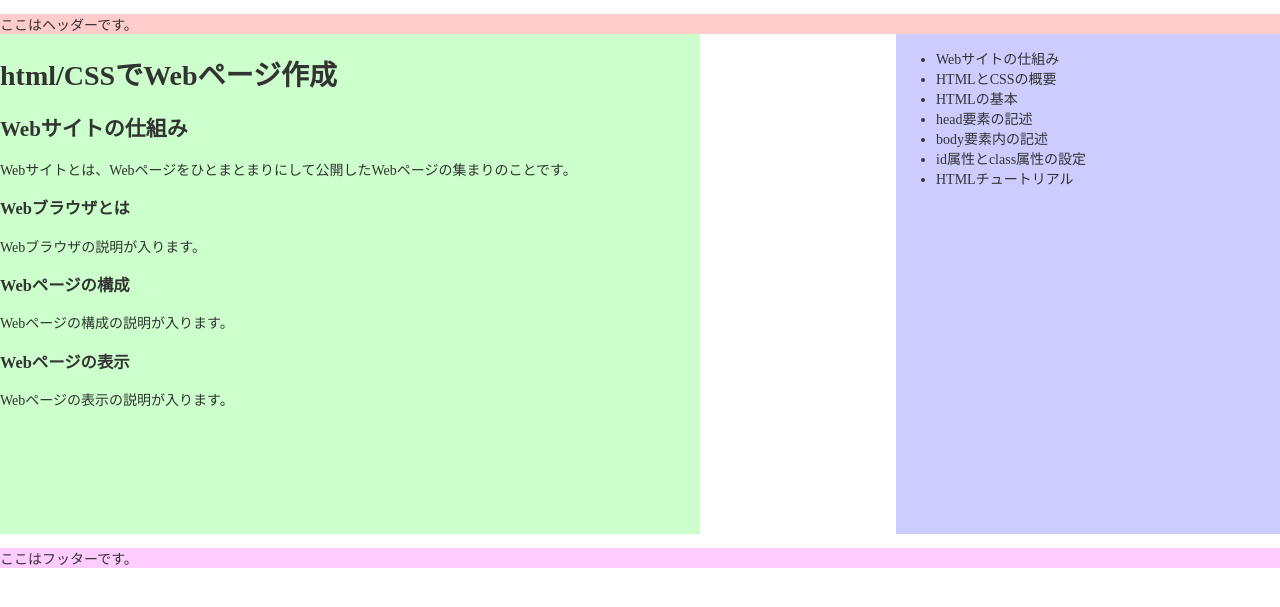
Repository: ichiro-fujii/kadai-commit
Page: lesson-htmlcss/kadai-html.html
The author's editor kept a record of every edit. The page is drawn from the files as they stood at one moment, then again after the next edit.
The browser window is 1280 px wide. The pictures show the whole page.

Above is the page before.

### lesson-htmlcss/kadai-html.html
<!DOCTYPE html>
<html lang="ja">
    <head>
        <meta charset="UTF-8">
        <title>HTML/CSSでＷｅｂページ作成</title>
        <link rel="stylesheet" href="kadai-css.css">
    </head>
    <body>
        <!--ここからヘッダー-->
        <header>
            <p>ここはヘッダーです。</p>
        </header>
        <!--wrapperはなぜ入れるのですか-->
        <div id="wrapper">
        <div id="main">
            <h1>html/CSSでWebページ作成</h1>
            <h2>Webサイトの仕組み</h2>
            <p>Webサイトとは、Webページをひとまとまりにして公開したWebページの集まりのことです。</p>
            <h3>Webブラウザとは</h3>
            <p>Webブラウザの説明が入ります。</p>
            <h3>Webページの構成</h3>
            <p>Webページの構成の説明が入ります。</p>
            <h3>Webページの表示</h3>
            <p>Webページの表示の説明が入ります。</p>
            </div>
            <nav id="menu">
                <ul>
                    <li>Webサイトの仕組み</li>
                    <li>HTMLとCSSの概要</li>
                    <li>HTMLの基本</li>
                    <li>head要素の記述</li>
                    <li>body要素内の記述</li>
                    <li>id属性とclass属性の設定</li>
                    <li>HTMLチュートリアル</li>
                </ul>
            </nav>
            </div>
            <footer>
            <p>ここはフッターです。</p>
        </footer>


    </body>
</html>

### lesson-htmlcss/kadai-css.css
@charset "UTF-8";
/*チャプター：全体の設定*/
body {

    margin: 0;
    padding: 0;
    color: #333;
    font-size: 14px;
}
header {
    height: 20px;
    background-color:#ffcccc;
    }
#wrapper {
    display: flex;
    justify-content:space-between;
}
#main {
    float: left;
    width: 700px;
    height: 500px;
    background-color: #ccffcc;
}
#menu {
    float: right;
    width: 30%;
    height: 500px;
    background-color: #ccccff;
}
footer {
    height: 20px;
    background-color: #ffccff;
}

After the next edit:
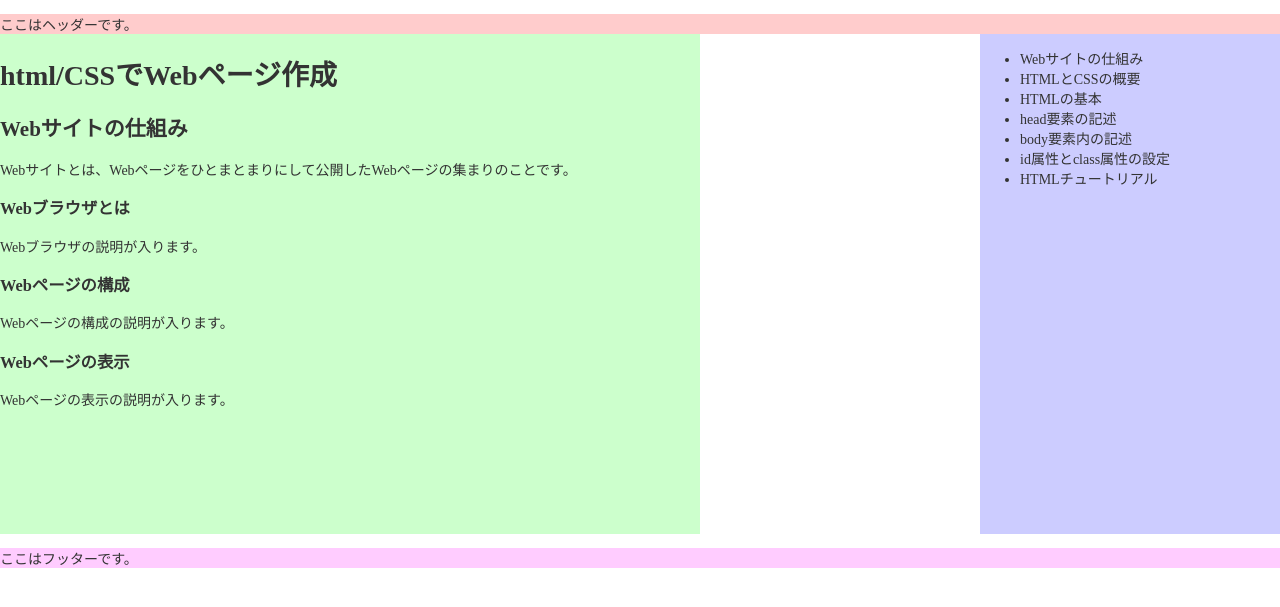
The edit:
--- a/lesson-htmlcss/kadai-css.css
+++ b/lesson-htmlcss/kadai-css.css
@@ -23,7 +23,7 @@
 }
 #menu {
     float: right;
-    width: 30%;
+    width: 300px;
     height: 500px;
     background-color: #ccccff;
 }
